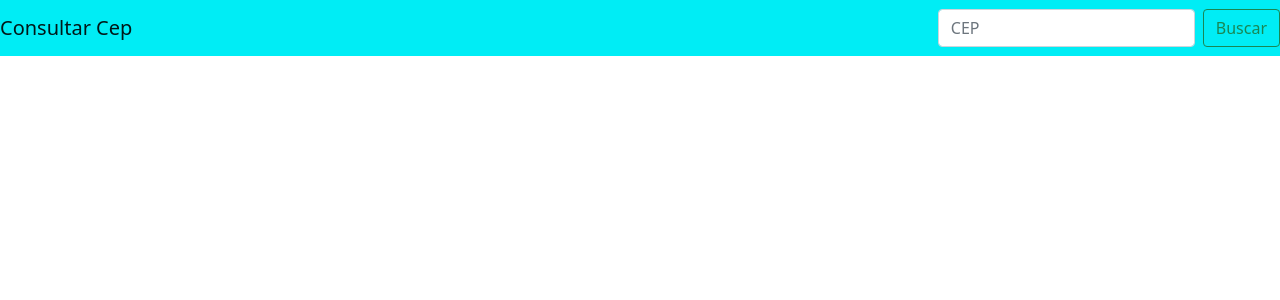
Repository: ViniciusCMS/StudyJquerry
Page: index.html
These files come from the project's save history. The page is drawn as it stood at one moment and after the next save; the edit follows.
The browser window is 1280 px wide. The pictures show the whole page.

Above is the page before, as saved 2021-11-26 10:46:10.

After the next save:
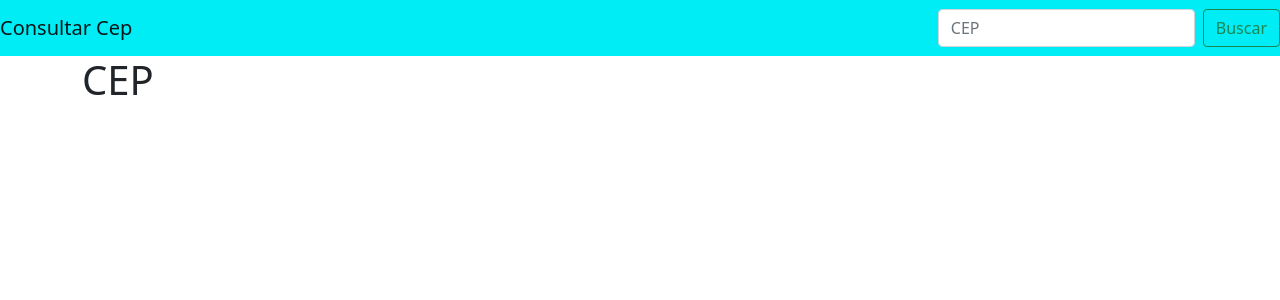
Saved 32 min 26 s later.
--- a/index.html
+++ b/index.html
@@ -18,6 +18,13 @@
       </div>
     </nav>
 
+    <div class="container">
+        <div class="row">
+            <h1>CEP</h1>
+        </div>
+
+    </div>
+
 
     <!--<input id="cep">
     <button type="button" onclick="consultaCep()">Consultar</button>
